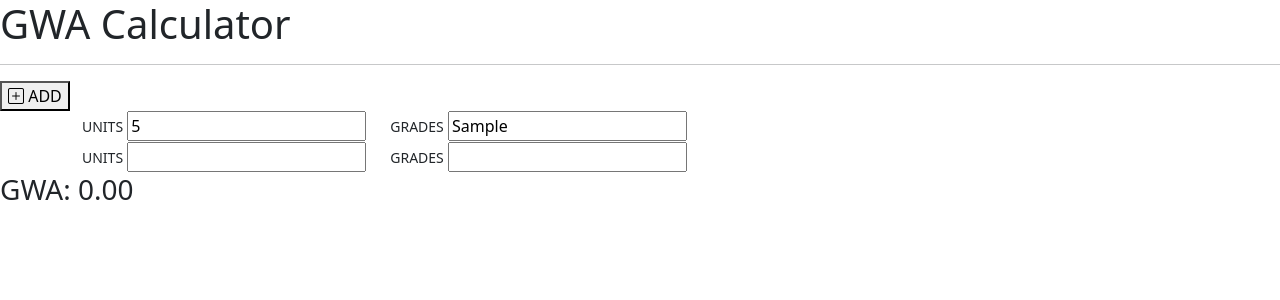
Repository: yonora/GWACalculator
Page: index.html
These files come from the project's save history. The page is drawn as it stood at one moment and after the next save; the edit follows.
The browser window is 1280 px wide. The pictures show the whole page.
Empty fields were first filled with sample values (such as "Sample", 5 or name@example.com).
After loading, the first visible `button.col-auto` was clicked once.

Above is the page before, as saved 2025-01-06 20:36:15.

After the next save:
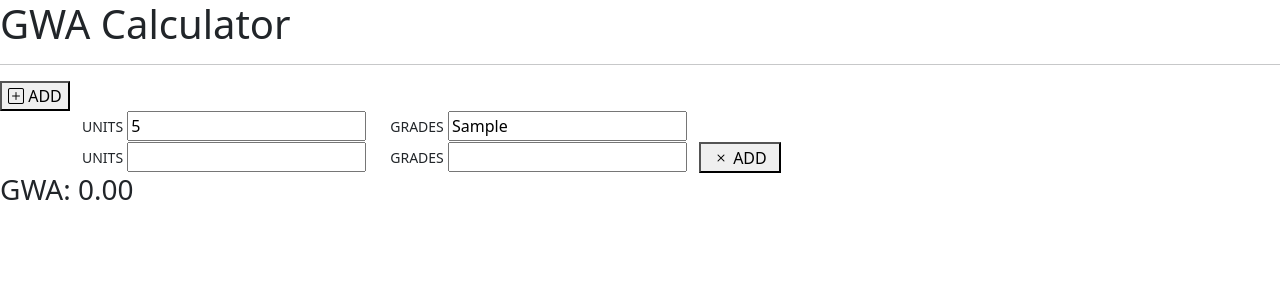
Saved 22 h 11 min later.
--- a/js.js
+++ b/js.js
@@ -11,6 +11,7 @@ function add(){
                 <label class="col-form-label-sm">GRADES</label>
                 <input type="text" class="col-form-control grades" oninput="getGWA()">
             </div>
+            <button class="col-auto remove" onclick="remove()"><i class="bi bi-x"></i> ADD</button>
         </div>`
     );
 }
